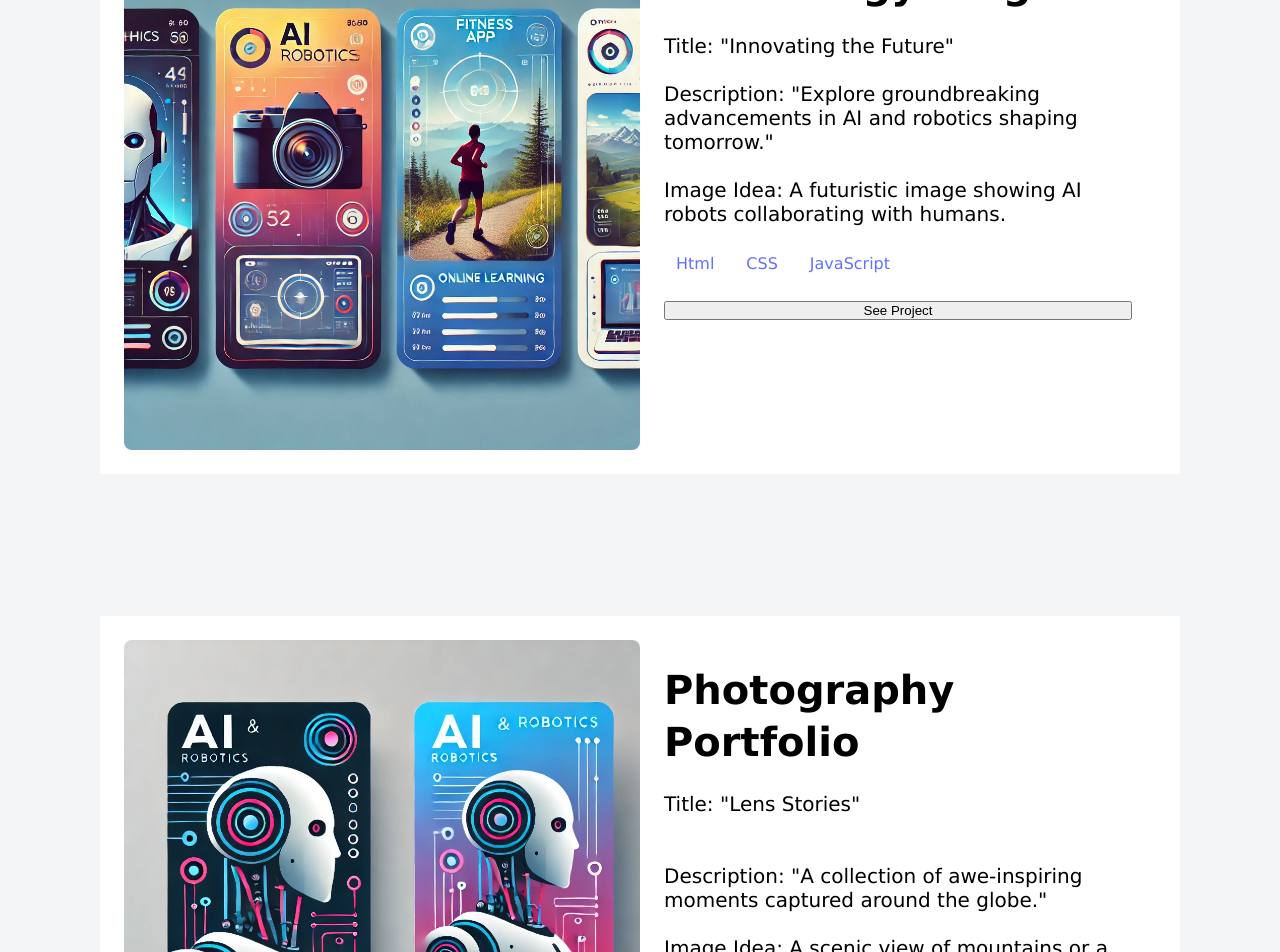
Repository: usman3123/portfolio-template-3
Page: portfolio.html
These files come from the project's save history. The page is drawn as it stood at one moment and after the next save; the edit follows.
The browser window is 1280 px wide. The pictures show the part of the page from y = 1036 to 1988 px (the page is 3492 px tall).
A picture or video elsewhere on the page could not be fetched, so the positions and the page height are approximate. Some web libraries are served in a nearby version.

Above is the page before, as saved 2025-01-25 00:26:56.

After the next save:
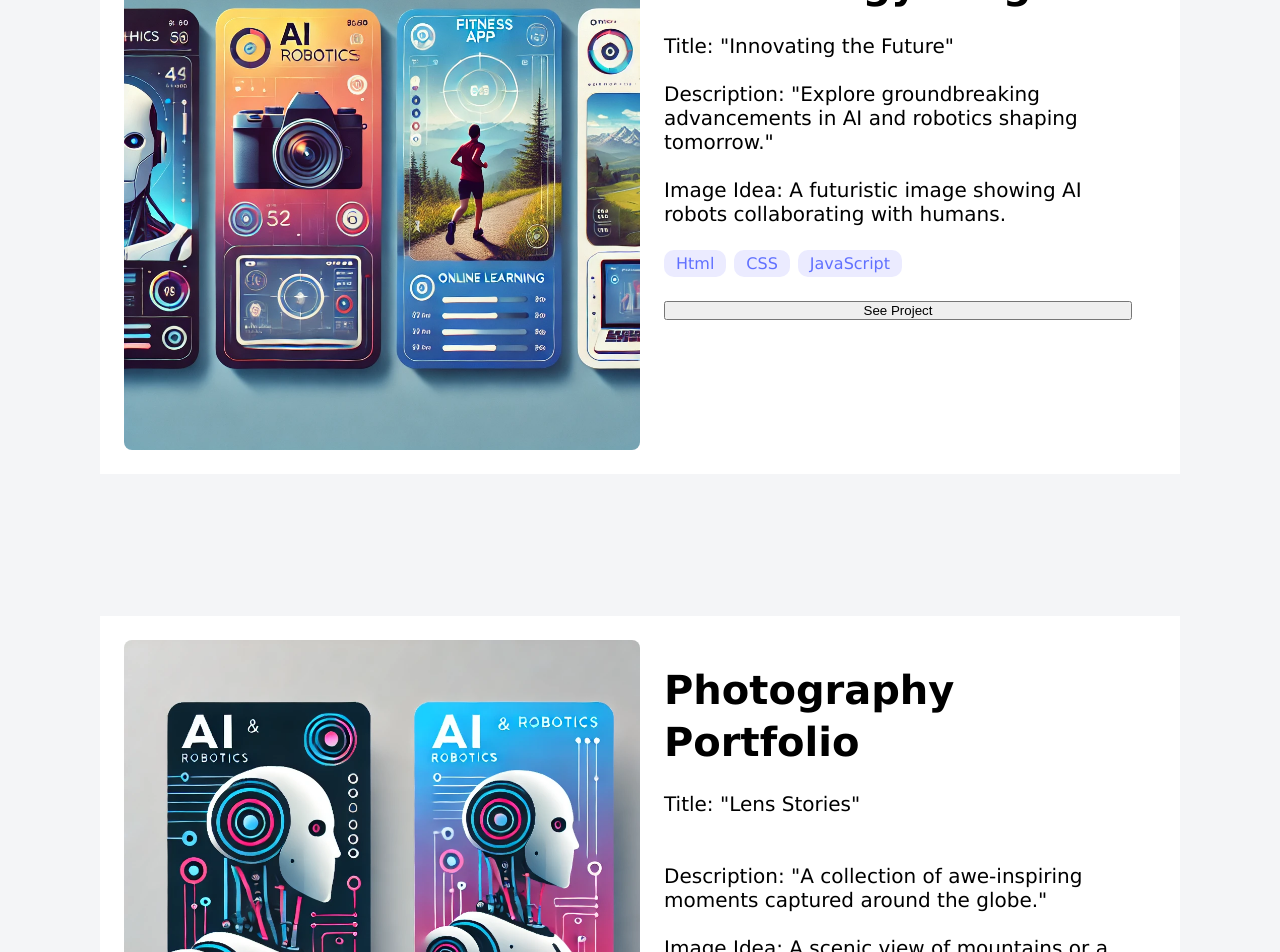
Saved 84 s later.
--- a/style.css
+++ b/style.css
@@ -151,6 +151,8 @@ body {
 .lang {
     padding: 4px 12px;
     color: #6070ff;
+    background-color: #ebebff;
+    border-radius: 10px;
 }
 
 @media (max-width : 1100px) {
